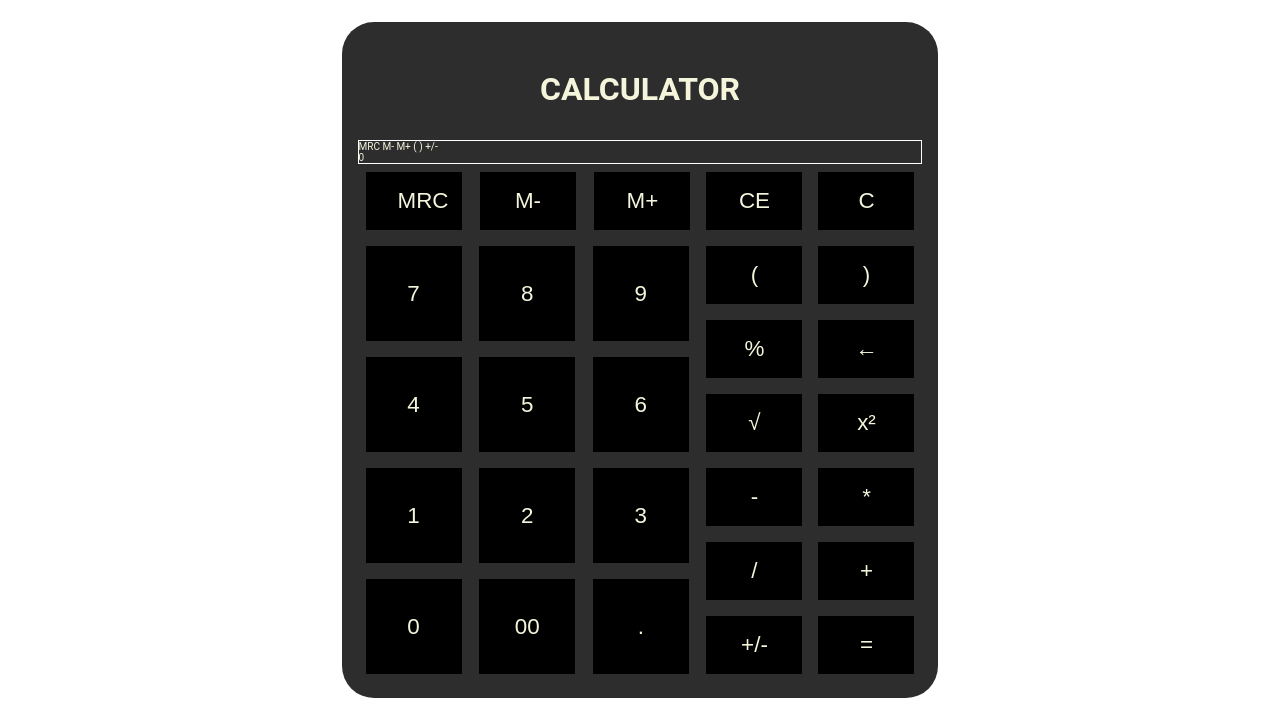
Repository: Denis793/CalculatorNew
Page: index.html
The author's editor kept a copy of each file at every save. The page is drawn from the files as they stood at one save, then again after the next save.
The browser window is 1280 px wide. The pictures show the whole page.
The style sheet was rebuilt from its Sass, Less or Tailwind sources for each picture, by a compiler version that may differ from the author's.

Above is the page before, as saved 2025-05-17 18:18:48.

After the next save:
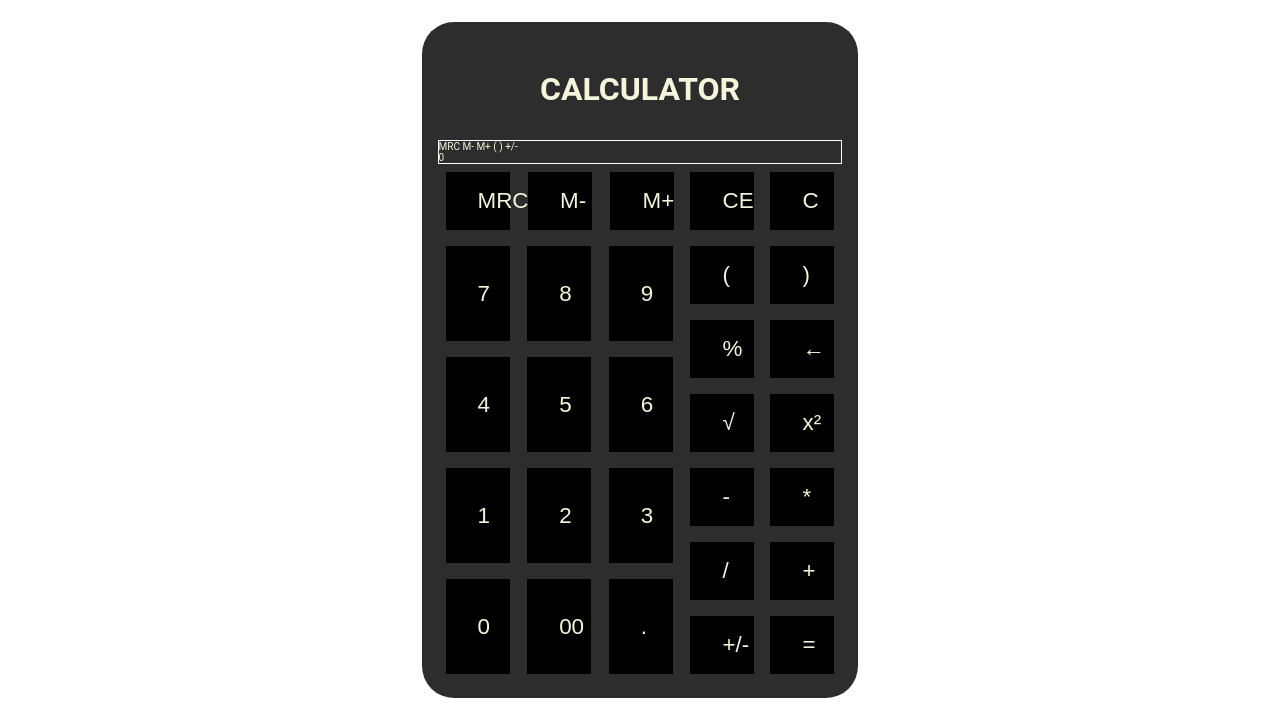
Saved 19 s later.
--- a/app/style/scss/main.scss
+++ b/app/style/scss/main.scss
@@ -21,7 +21,7 @@ h1 {
 }
 
 button {
-  width: 6rem;
+  width: 4rem;
   padding: 1rem 2rem;
   text-align: center;
   margin: 0.5rem;
